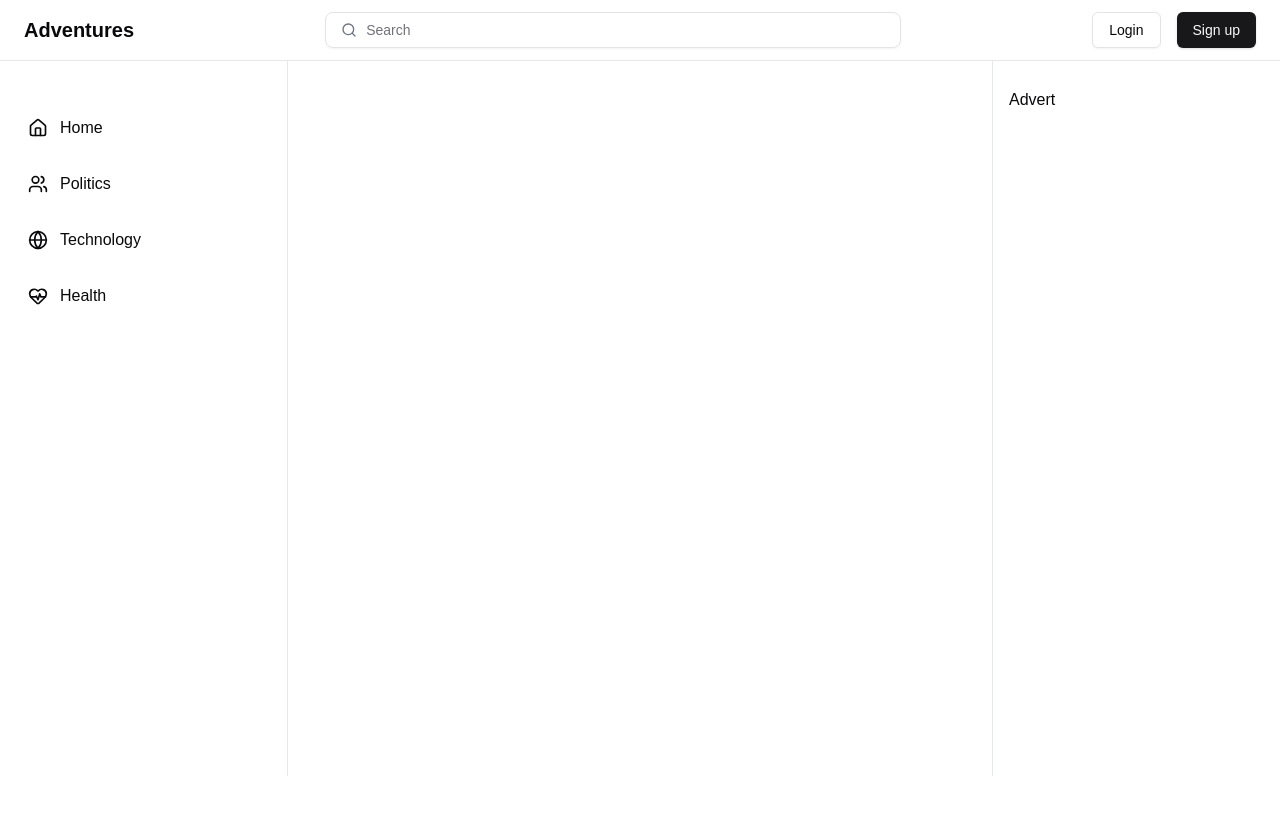
Repository: IssaMuiz/afrixpace-frontend
Page: /
An editor plug-in stored every save of this project. The page is shown before and after the next save, followed by the edit.
The browser window is 1280 px wide. The pictures show the whole page.
The page's requests for data from a server got no answer. The project was rebuilt for these pictures with package versions that can differ from the ones it lists, and the page was loaded fresh each time. The framework's server and built-in components were replaced by stand-ins that run in the browser. No one was signed in, and anything a server would have sent is missing. Also part of the build but not shown: next.config.ts, components/ui/card.tsx, components/Vote.tsx, components/PostCard.tsx.

Above is the page before, as saved 2025-02-04 17:27:18.

After the next save:
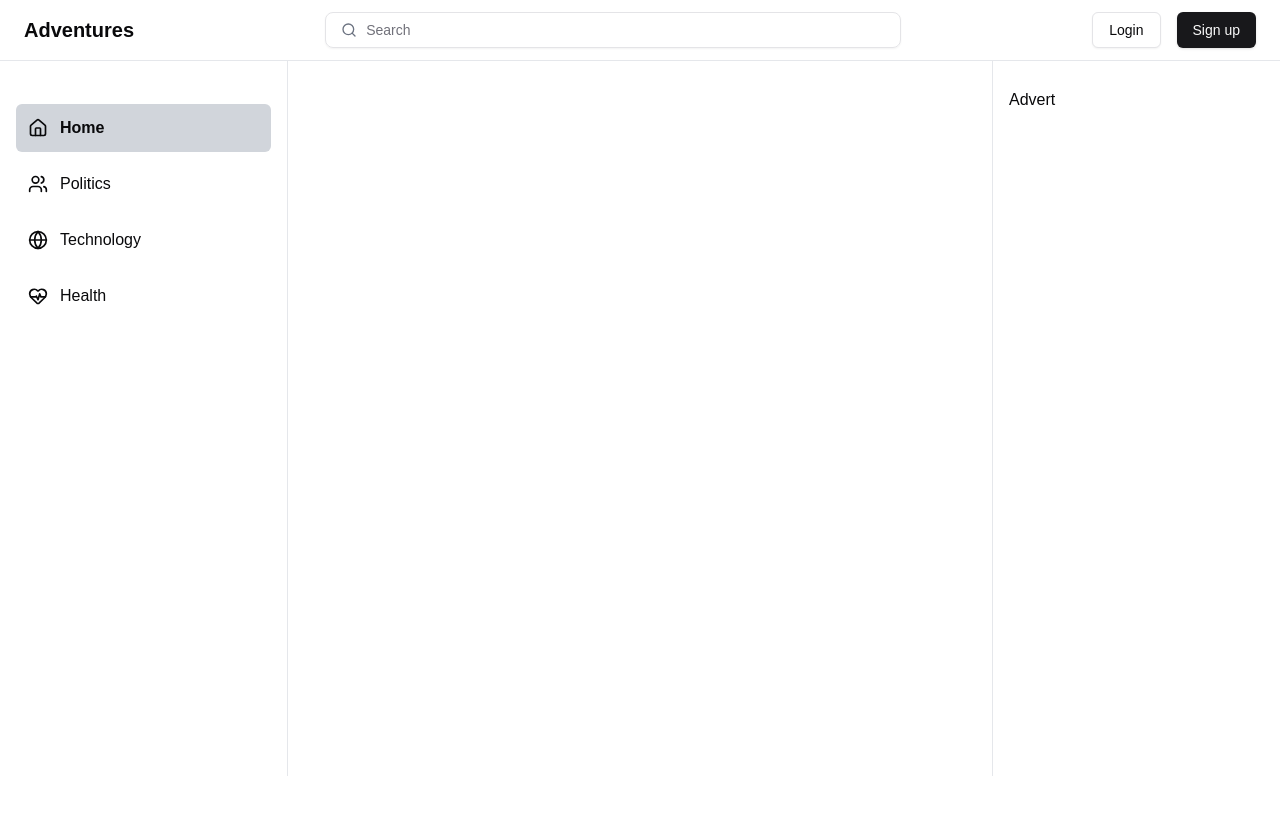
Saved 2 min 30 s later.
--- a/constant.ts
+++ b/constant.ts
@@ -4,7 +4,7 @@ export const categories = [
   {
     name: "Home",
     icon: Home,
-    path: "",
+    path: "/",
   },
   {
     name: "Politics",
